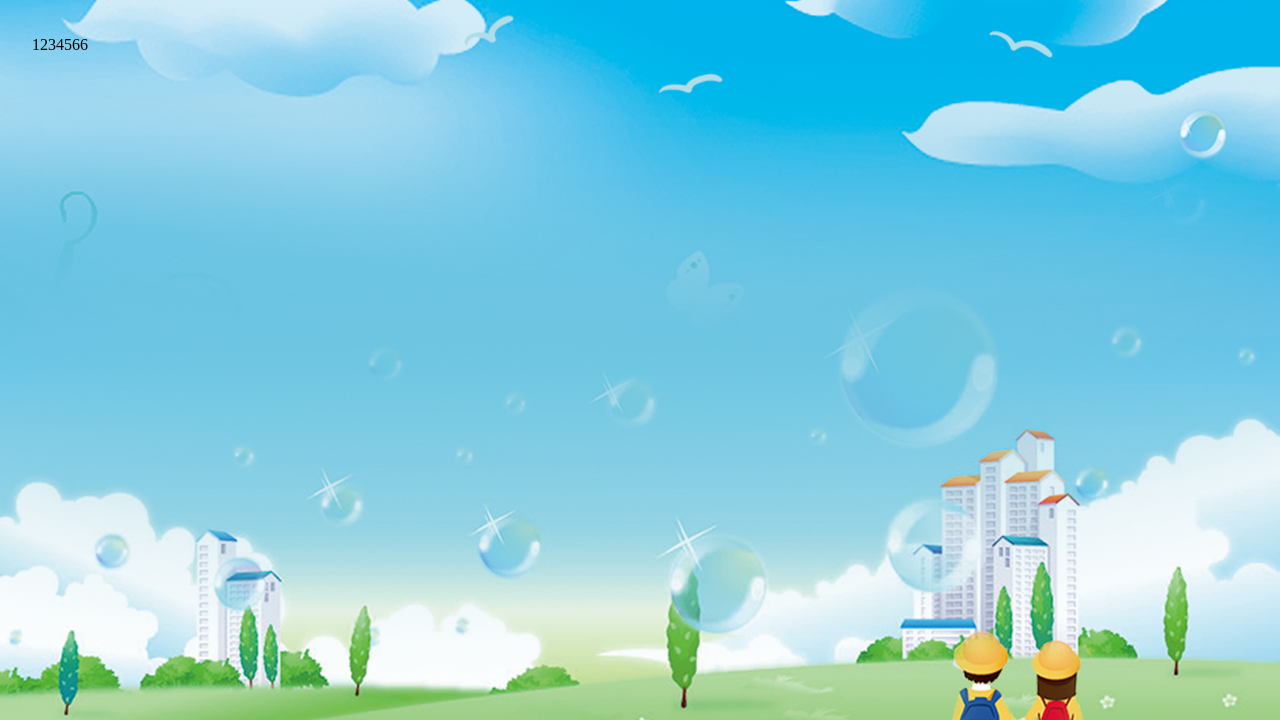
Repository: huangdesheng/classBrand
Page: / (app in classBrand/)
The author's editor kept a copy of each file at every save. The page is drawn from the files as they stood at one save, then again after the next save.
The browser window is 1280 px wide. The pictures show the whole page.
The project was rebuilt for these pictures with package versions that can differ from the ones it lists, and the page was loaded fresh each time.

Above is the page before, as saved 2019-08-23 09:44:51.

After the next save:
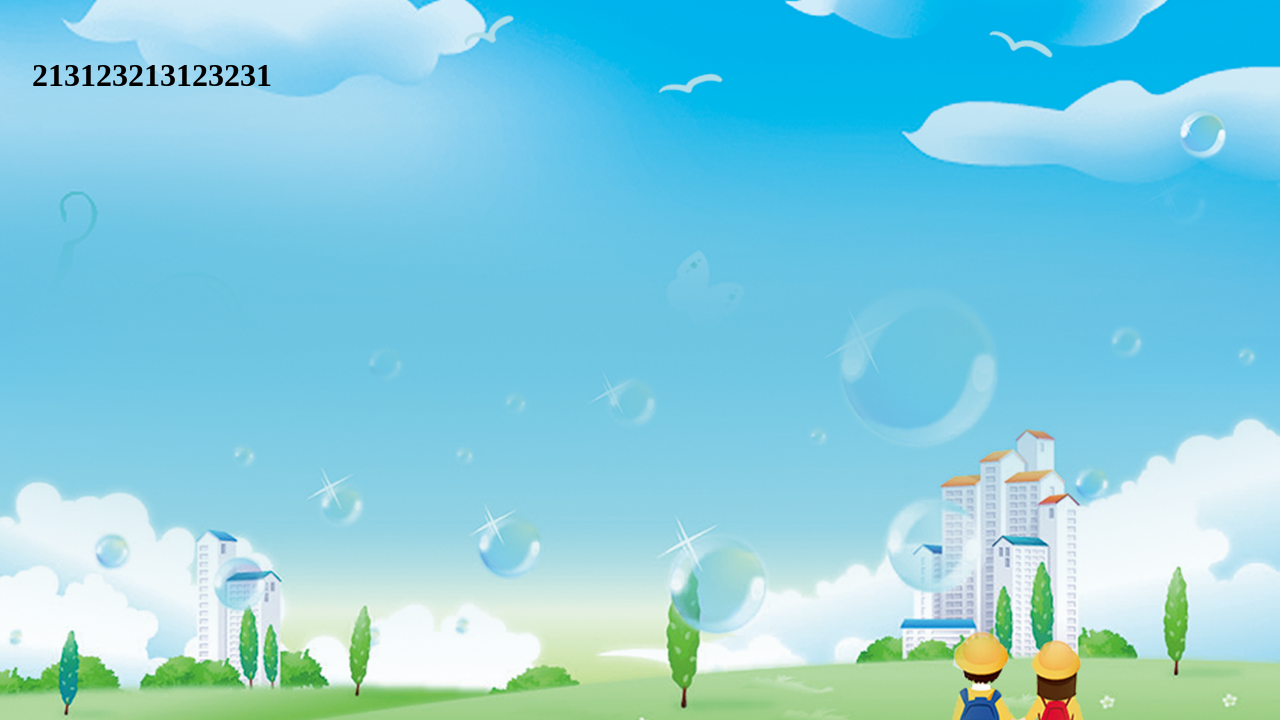
Saved 34 s later.
--- a/classBrand/src/views/index/index.vue
+++ b/classBrand/src/views/index/index.vue
@@ -1,5 +1,9 @@
 <template>
-  <div id="index">1234566</div>
+  <div id="index">
+    <header>
+      <h1>213123213123231</h1>
+    </header>
+  </div>
 </template>
 
 <script>
